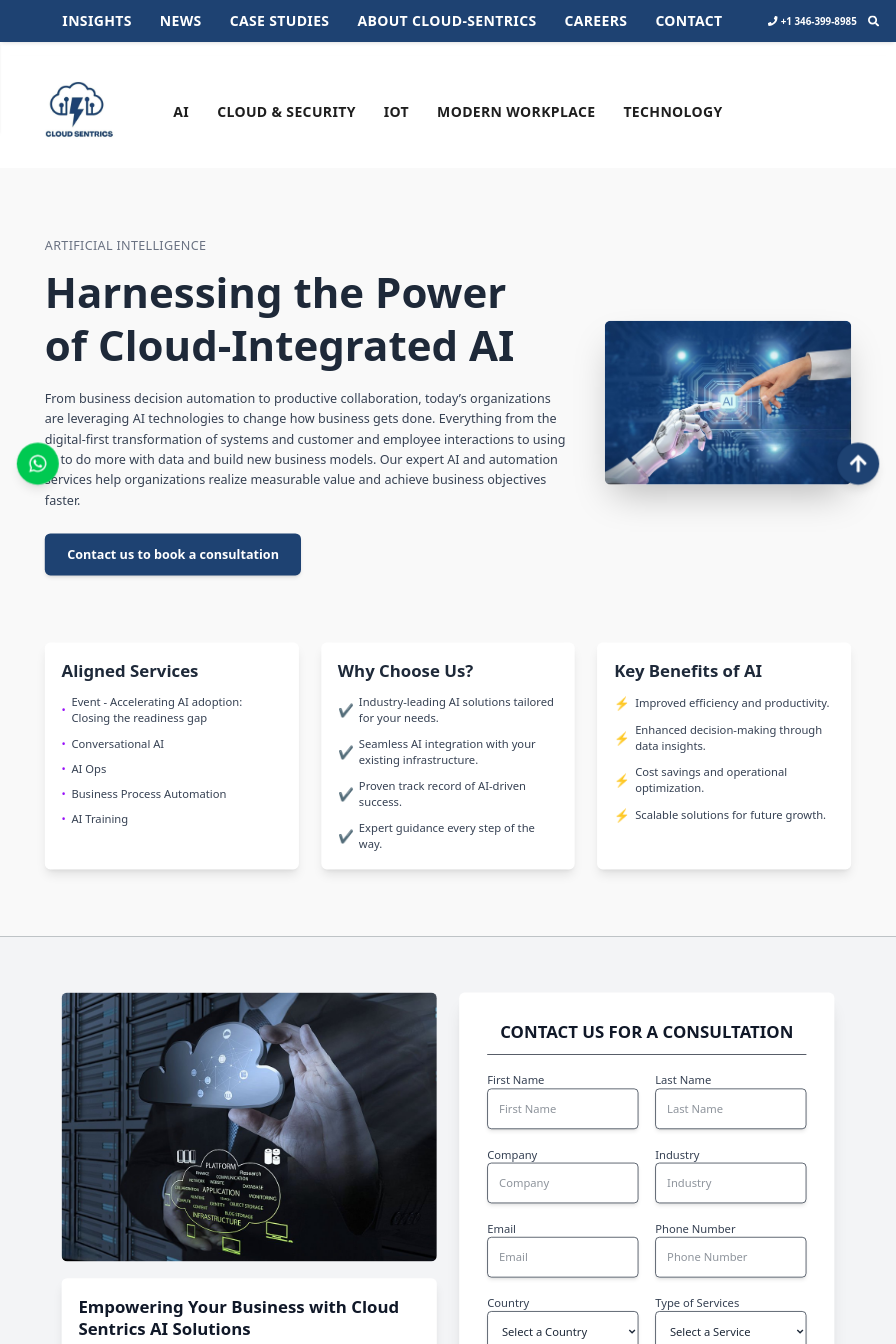
Repository: chykesure/cloudsentrics_
Page: /ai
These files come from the project's save history. The page is drawn as it stood at one moment and after a run of saves; the edit follows.
The browser window is 1280 px wide. The pictures show the part of the page from y = 0 to 1920 px (the page is 3675 px tall before and 3587 px after), at 70% of full size.
The page's requests for data from a server got no answer. The project was rebuilt for these pictures with package versions that can differ from the ones it lists, and the page was loaded fresh each time. No one was signed in, and anything a server would have sent is missing. Also part of the build but not shown: vite.config.js, src/pages/Header.jsx, src/pages/Footer.jsx, src/pages/students/Reviews.jsx, src/pages/students/Testimony.jsx, src/pages/students/TestimonyLanding.jsx, src/pages/LandingPage.jsx, src/pages/students/Header.jsx and 41 more.

Above is the page before, as saved 2025-04-09 20:08:36.

After the next 2 saves:
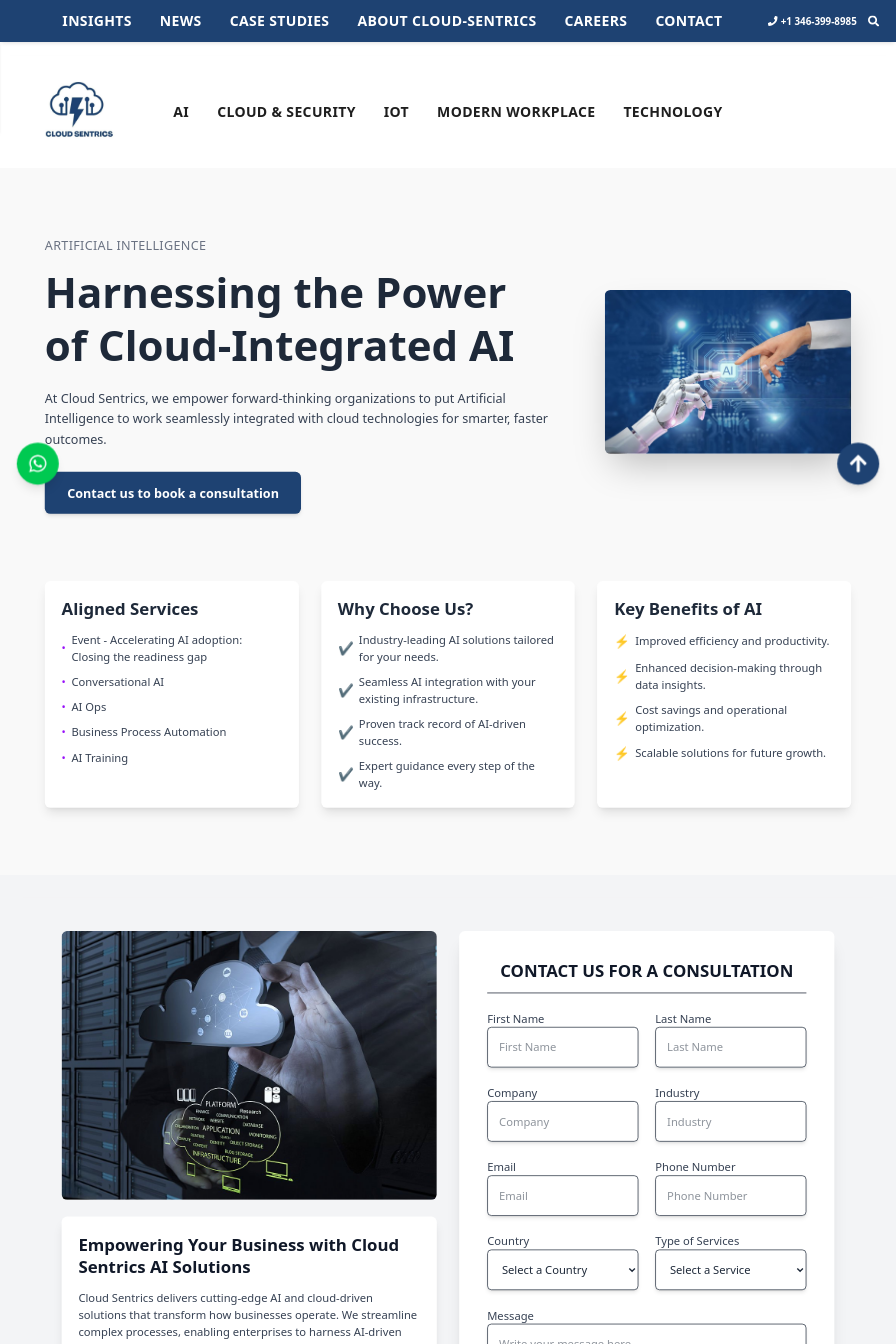
The 2 saves are shown as one change because they came seconds apart.
The last was saved 47 s later.
--- a/src/pages/partners/menu/ai.jsx
+++ b/src/pages/partners/menu/ai.jsx
@@ -67,17 +67,14 @@
                     <div className="text-center lg:text-left">
                         <h3 className="text-lg font-medium text-gray-500 uppercase tracking-wide">Artificial Intelligence</h3>
                         <h1 className="text-4xl md:text-5xl lg:text-6xl font-bold leading-tight mt-4 text-gray-800">
-                        Harnessing the Power <br />  of Cloud-Integrated AI
+                            Harnessing the Power <br />  of Cloud-Integrated AI
                         </h1>
                     </div>
 
                     {/* Paragraph Content */}
                     <p className="text-lg text-gray-700 mt-6 leading-relaxed">
-                        From business decision automation to productive collaboration, today’s organizations are leveraging AI
-                        technologies to change how business gets done. Everything from the digital-first transformation of systems
-                        and customer and employee interactions to using AI to do more with data and build new business models.
-                        Our expert AI and automation services help organizations realize measurable value and achieve business
-                        objectives faster.
+                        At Cloud Sentrics, we empower forward-thinking organizations to put Artificial Intelligence to work seamlessly integrated with cloud technologies for smarter, faster outcomes.
+
                     </p>
 
                     {/* Call to Action Button */}
